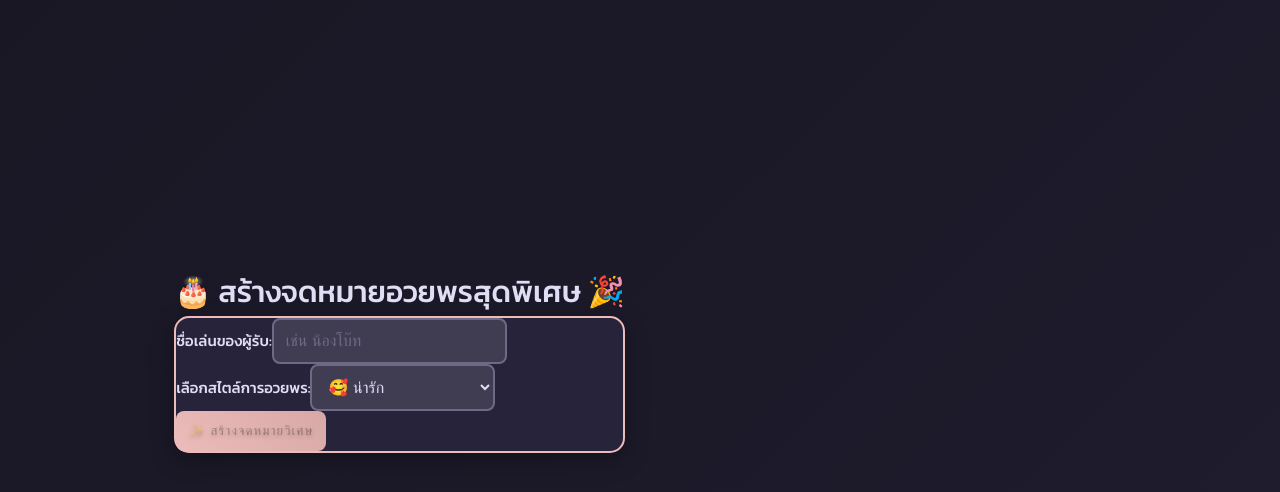
Repository: Jinwoo290350/Word_HBD
Page: /
The author's editor kept a copy of each file at every save. The page is drawn from the files as they stood at one save, then again after a run of saves.
The browser window is 1280 px wide. The pictures show the whole page.
The project was rebuilt for these pictures with package versions that can differ from the ones it lists, and the page was loaded fresh each time. Also part of the build but not shown: vite.config.js.

Above is the page before, as saved 2025-03-28 22:19:03.

After the next 3 saves:
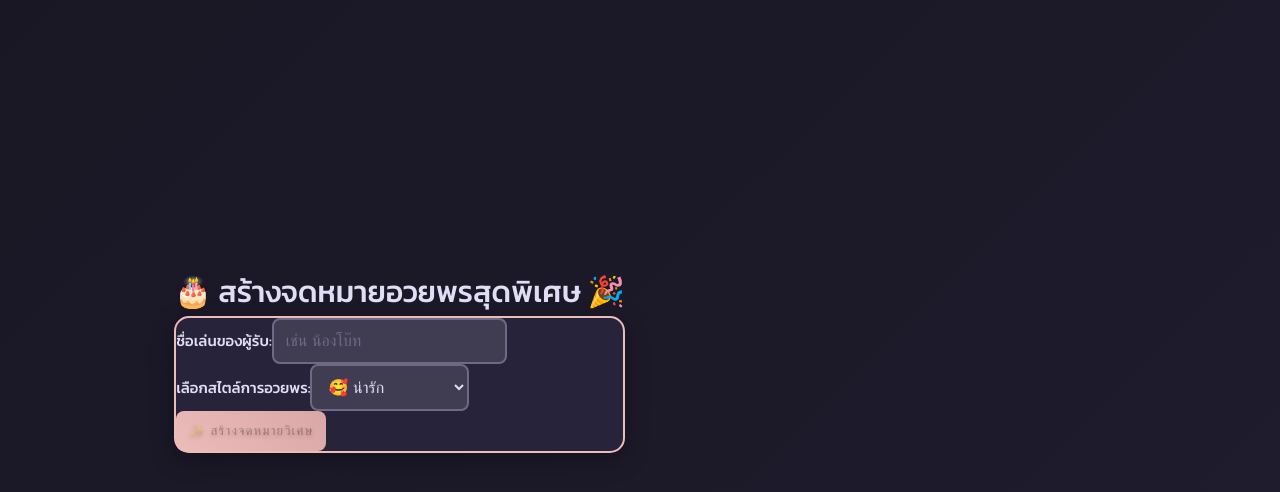
The 3 saves are shown as one change because they came seconds apart.
The last was saved 9 s later.
--- a/src/App.vue
+++ b/src/App.vue
@@ -17,7 +17,7 @@
         <select v-model="theme" class="form-select">
           <option value="ซิกม่า หมาป่า">🐺 Sigma Wolf</option>
           <option value="ออทิสติก">🧩 ออทิสติก</option>
-          <option value="ฮิปฮอป">🎧 Hip-hop Culture</option>
+          <option value="ฮิปฮอป">คนดำ</option>
           <option value="ซักเกอร์แดดดี้">💵 Sugardaddy</option>
           <option value="โรบล็อกซ์">🎮 Roblox</option>
           <option value="อิสลาม">🕌 Islamic</option>
